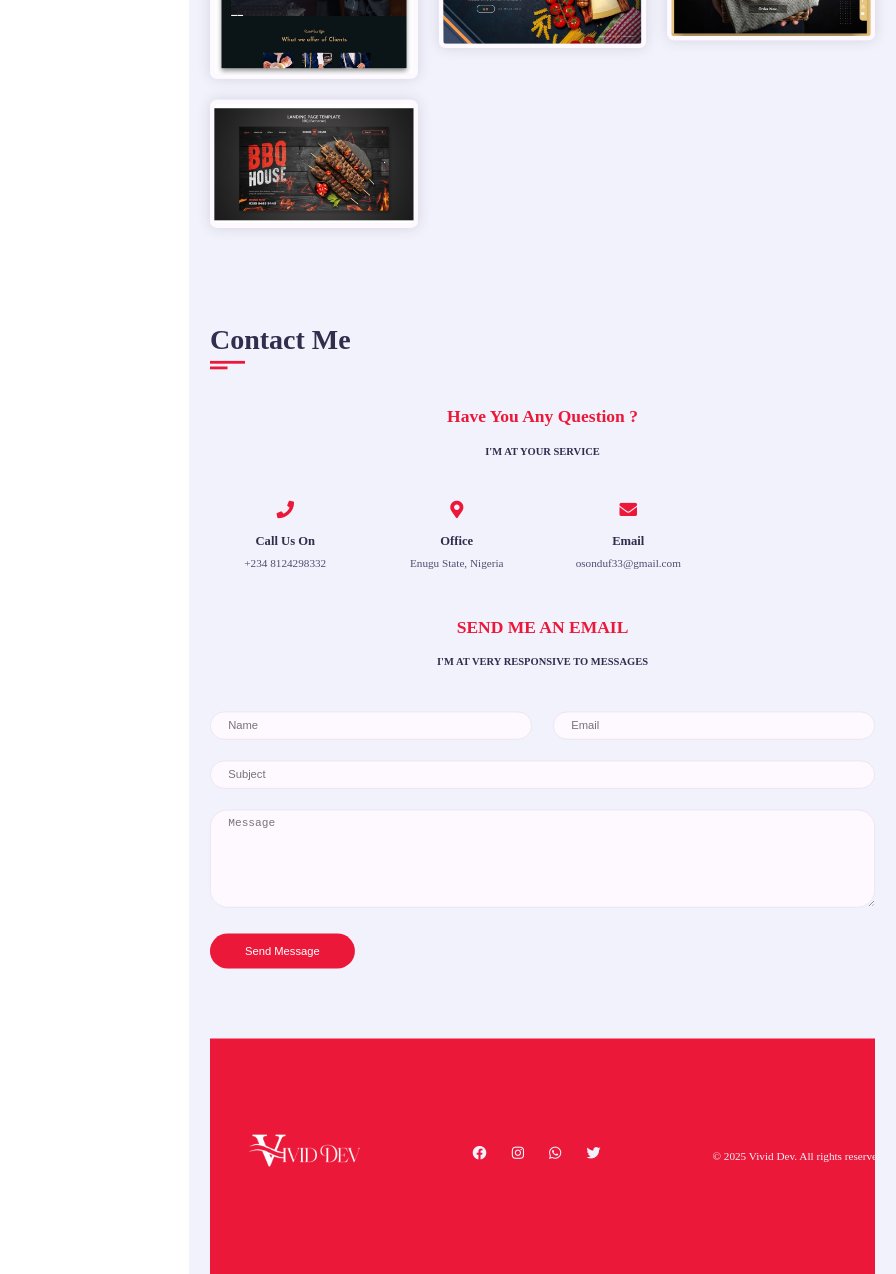
Repository: Big-Fave1/vivid-dev-portfolio
Page: build/index.html
These files come from the project's save history. The page is drawn as it stood at one moment and after the next save; the edit follows.
The browser window is 1280 px wide. The pictures show the part of the page from y = 2992 to 4912 px (the page is 4812 px tall before and 4912 px after), at 70% of full size.
Some web fonts or font styles are not loaded; a fallback is used.

Above is the page before, as saved 2025-06-19 16:33:50.

After the next save:
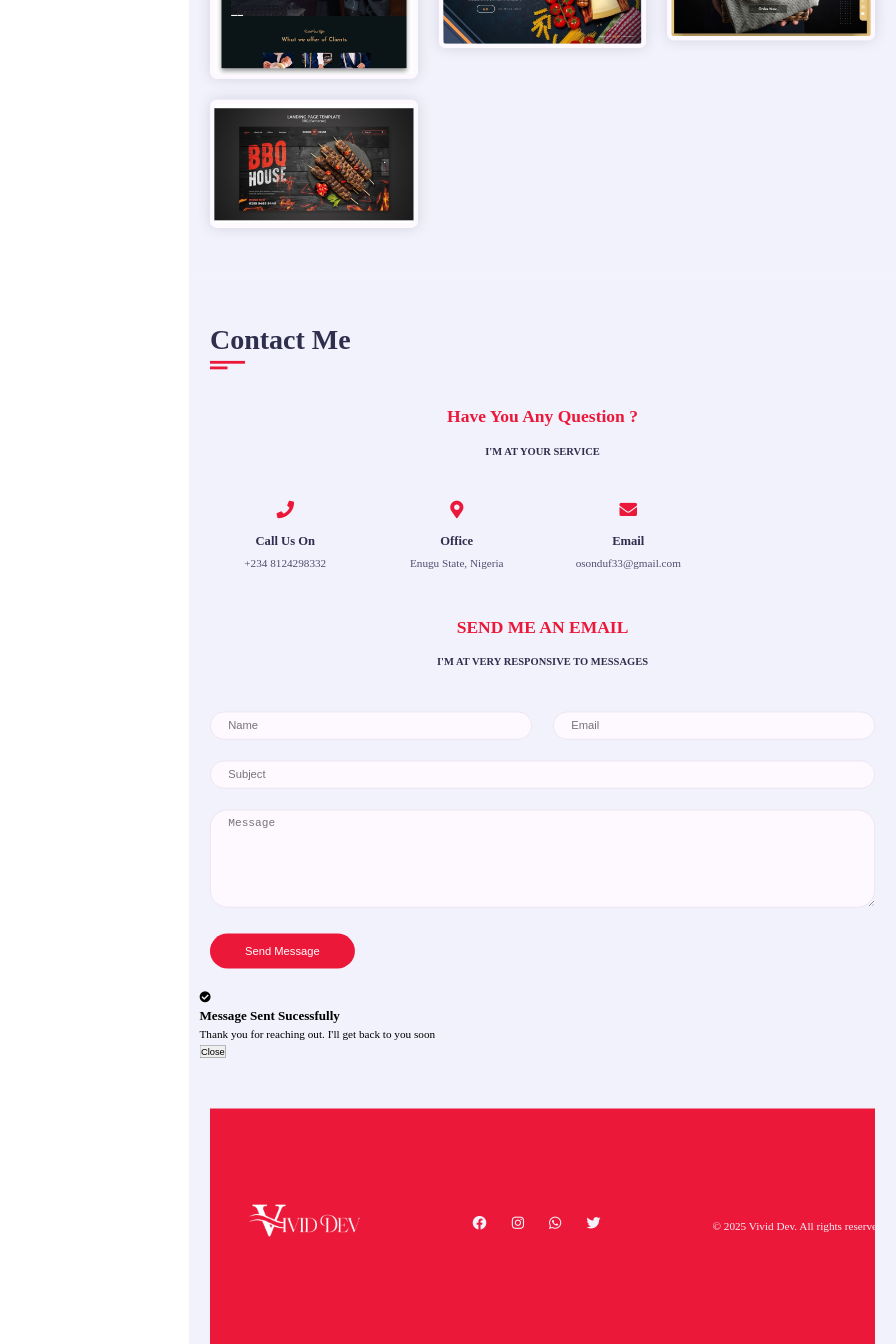
Saved 24 min 47 s later.
--- a/build/index.html
+++ b/build/index.html
@@ -369,7 +369,15 @@
         </div>
     </div>
 </form>
-<div id="formResponse"></div>
+<!---=== Success Popup start ====-->
+<div class="overlay" id="overlay"></div>
+<div class="success-popup" id="successPopup">
+    <i class="fas fa-check-circle"></i>
+    <h3>Message Sent Sucessfully</h3>
+    <p>Thank you for reaching out. I'll get back to you soon</p>
+    <button id="closePopup">Close</button>
+</div>
+<!---=== Success Popup end ====-->
     <!--- === Contact Section End === -->
       </div>
     <!--- ==== Main content End === -->
